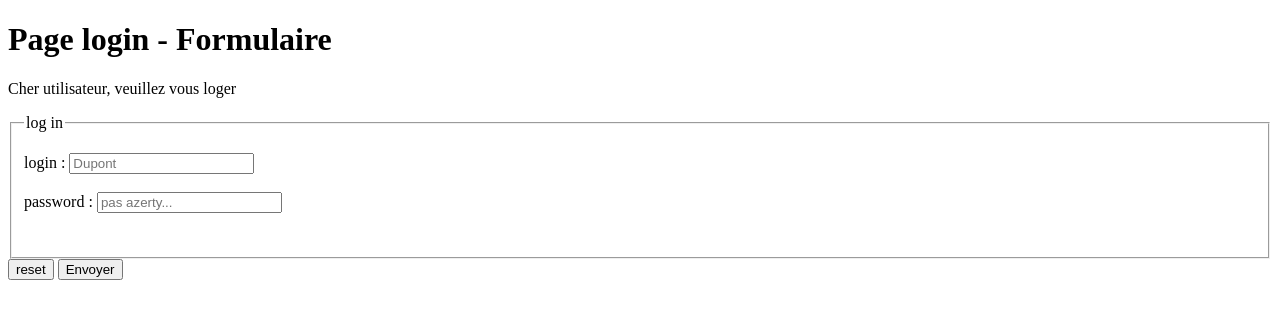
Repository: FabiendeBelleville/test
Page: GTM-eclipse-workspace-Fabien_Drouin/TPSimpleJspServlet3Redir/WebContent/formulaire.html
An editor plug-in stored every save of this project. The page is shown before and after the next save, followed by the edit.
The browser window is 1280 px wide. The pictures show the whole page.

Above is the page before, as saved 2018-10-02 08:22:16.

### GTM-eclipse-workspace-Fabien_Drouin/TPSimpleJspServlet3Redir/WebContent/formulaire.html
<!DOCTYPE html>
<html>
<head>
<meta charset="ISO-8859-1">
<title>TPSimpleJspServlet3Redir</title>
</head>
<body>

	<h1>Page login - Formulaire</h1>
	<p>Cher utilisateur, veuillez vous loger</p>

	<form method="post" action="CestQui">
		<fieldset>
			<legend>log in</legend>

			<p>
				login : <input type="text" name="login" placeholder="Dupont" /> <br>
				<br> password : <input type="text" name="password"
					placeholder="pas azerty..." /> <br /> <br />
		</fieldset>



		<input type="reset" value="reset" /> <input type="submit"
			value="Envoyer" />
	</form>




</body>
</html>

After the next save:
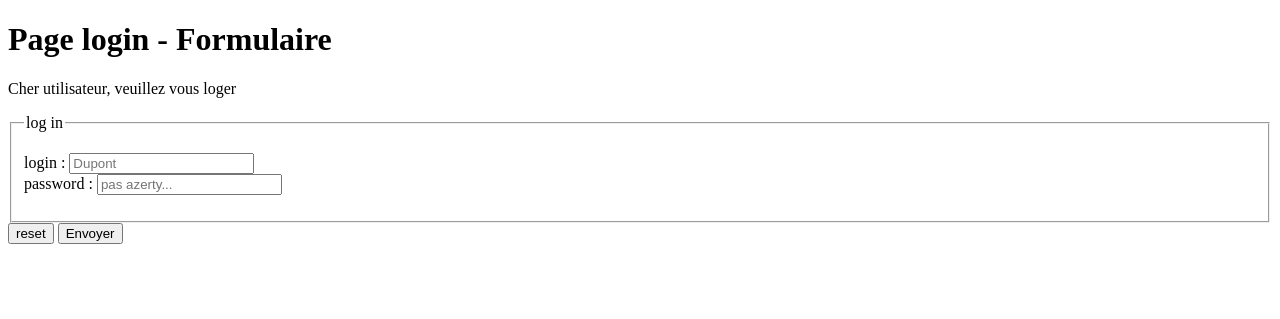
Saved 26 s later.
--- a/GTM-eclipse-workspace-Fabien_Drouin/TPSimpleJspServlet3Redir/WebContent/formulaire.html
+++ b/GTM-eclipse-workspace-Fabien_Drouin/TPSimpleJspServlet3Redir/WebContent/formulaire.html
@@ -15,8 +15,8 @@
 
 			<p>
 				login : <input type="text" name="login" placeholder="Dupont" /> <br>
-				<br> password : <input type="text" name="password"
-					placeholder="pas azerty..." /> <br /> <br />
+				password : <input type="text" name="password"
+					placeholder="pas azerty..." /> <br>
 		</fieldset>
 
 
